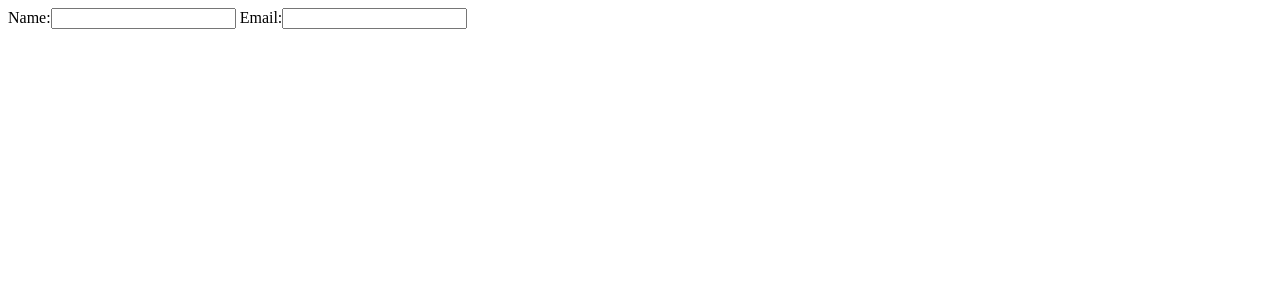
Repository: roshanpatil37407/Full_Stack_Java
Page: servlet_tutorial_3/src/main/webapp/index.html
The author's editor kept a copy of each file at every save. The page is drawn from the files as they stood at one save, then again after the next save.
The browser window is 1280 px wide. The pictures show the whole page.

Above is the page before, as saved 2025-09-30 12:07:29.

### servlet_tutorial_3/src/main/webapp/index.html
<!DOCTYPE html>
<html>
<head>
<meta charset="UTF-8">
<title>Insert title here</title>
</head>
<body>
<form action="sumitForm">
 Name:<input type="text" name="n">
 Email:<input type="email" name="e">
</form>
</body>
</html>

After the next save:
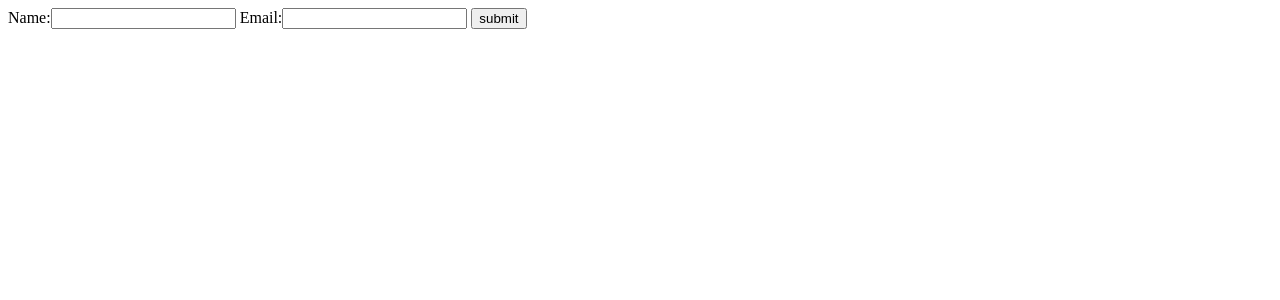
Saved 71 s later.
--- a/servlet_tutorial_3/src/main/webapp/index.html
+++ b/servlet_tutorial_3/src/main/webapp/index.html
@@ -8,6 +8,7 @@
 <form action="sumitForm">
  Name:<input type="text" name="n">
  Email:<input type="email" name="e">
+ <button type="submit">submit</button>
 </form>
 </body>
 </html>
